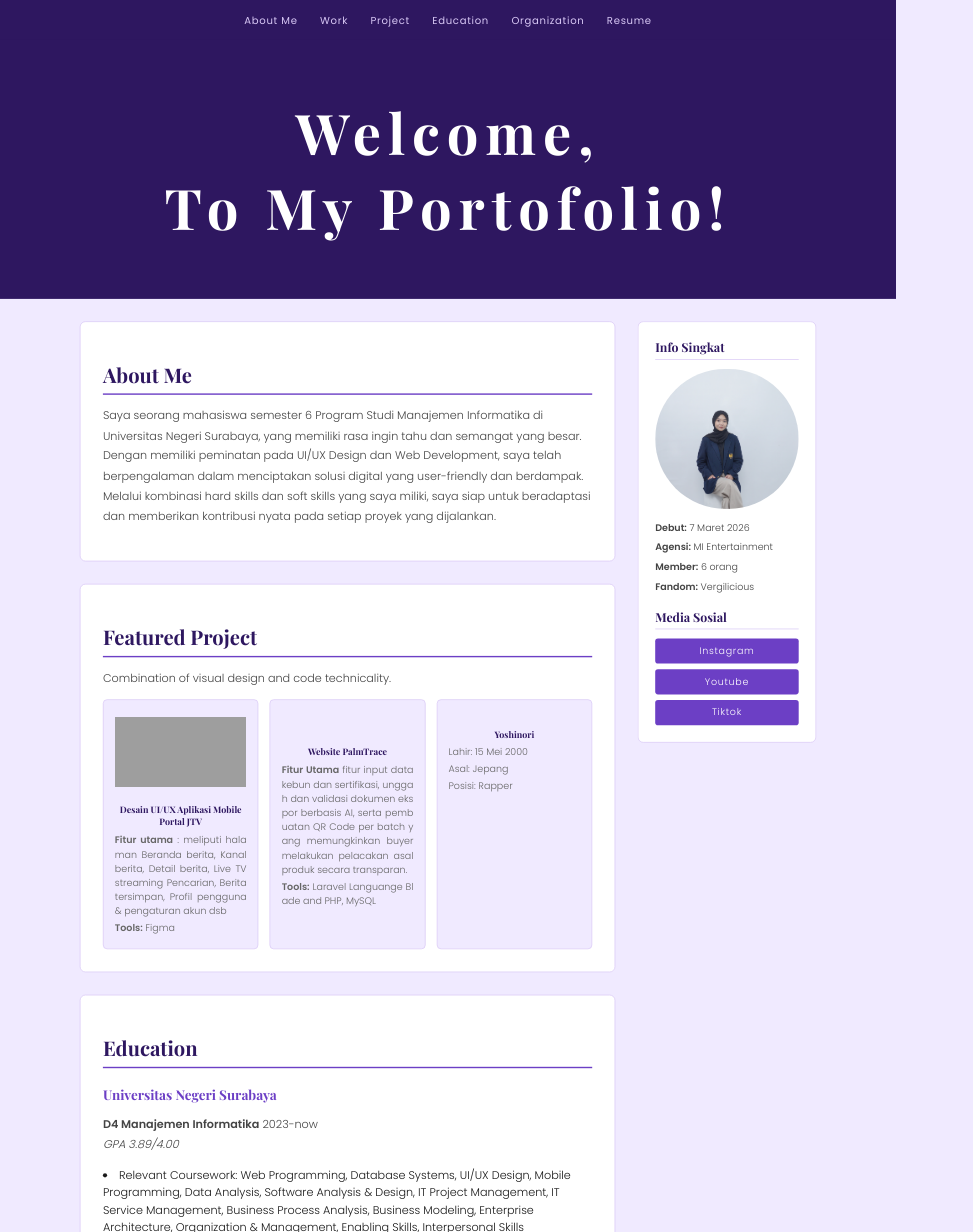
Repository: VergiMutiaRahmasyani/Website-Portofolio
Page: index.html
The author's editor kept a copy of each file at every save. The page is drawn from the files as they stood at one save, then again after the next save.
The browser window is 1280 px wide. The page is 1280 px wide, then 1390 px, so the pictures cover 1390 px, including what lies to the right of the window. The pictures show the part of the page from y = 0 to 1760 px (the page is 2745 px tall before and 3369 px after), at 70% of full size.
Pictures or frames that could not be fetched are drawn as grey boxes.

Above is the page before, as saved 2026-03-07 14:12:55.

### index.html
<!DOCTYPE html>
<html>
    <head>
        <meta charset="utf-8" />
        <meta name="viewport" content="width=device-width, initial-scale=1.0" />
        <title>Portofolio Vergi</title>

        <!-- My Own CSS -->
        <link rel="stylesheet" href="css/style.css" />

        <!-- Google Fonts -->
        <link rel="preconnect" href="https://fonts.googleapis.com">
        <link rel="preconnect" href="https://fonts.gstatic.com" crossorigin>
        <link href="https://fonts.googleapis.com/css2?family=Playfair+Display:wght@400;700&family=Poppins:wght@300;400;600&display=swap" rel="stylesheet">
    </head>

    <body>

        <!-- HEADER -->
        <header class="site-header">

            <!-- NAVBAR -->
            <div class="navbar">
                <nav class="nav-list">
                    <ul>
                        <li><a href="#About">About Me</a></li>
                        <li><a href="#Work">Work</a></li>
                        <li><a href="Project">Project</a></li>
                        <li><a href="#Education">Education</a></li>
                        <li><a href="Organization">Organization</a></li>
                        <li><a href="https://drive.google.com/file/d/13-ep7ykiG-k7d2KfzBZSPx55XoqW1qHe/view?usp=sharing" target="_blank"> Resume</a></li>
                    </ul>
                </nav>
            </div>

            <div class="hero">
                <div class="hero-overlay">
                    <h1>Welcome, <br> To My Portofolio!</h1>
                </div>
            </div>

        </header>

        <!-- MAIN -->
        <main>
            <div class="content-wrapper">
                <div id="content">
                    <article id="About">
                        <h2>About Me</h2>
                        <p>
                            Saya seorang mahasiswa semester 6 Program Studi Manajemen Informatika di Universitas Negeri Surabaya, yang memiliki rasa
                            ingin tahu dan semangat yang besar. Dengan memiliki peminatan pada UI/UX Design dan Web Development,
                            saya telah berpengalaman dalam menciptakan solusi digital yang user-friendly dan berdampak. Melalui
                            kombinasi hard skills dan soft skills yang saya miliki, saya siap untuk beradaptasi dan memberikan kontribusi
                            nyata pada setiap proyek yang dijalankan.
                        </p>
                    </article>

                    <article id="Project">
                        <h2>Featured Project</h2>
                        <p>
                            Combination of visual design and code technicality.
                        </p>

                        <div class="project-list">
                            <div class="project-card">
                                <img src="D:\STUPEN\celerates\SUBMISSION\Web Portofolio\img\portaljtv.png" alt="Portal JTV" class="project-img" />
                                <h3>Desain UI/UX Aplikasi Mobile Portal JTV</h3>
                                <p><strong>Fitur utama</strong> : meliputi halaman Beranda berita, Kanal berita, Detail berita, Live TV streaming
                                    Pencarian, Berita tersimpan, Profil pengguna & pengaturan akun dsb</p>
                                <p><strong>Tools:</strong> Figma</p>
                            </div>
                            <div class="project-card">
                                <img src = "">
                                <h3>Website PalmTrace</h3>
                                <p><strong>Fitur Utama</strong>  fitur input data kebun dan sertifikasi, unggah dan validasi dokumen ekspor berbasis
                                    AI, serta pembuatan QR Code per batch yang memungkinkan buyer melakukan pelacakan asal
                                    produk secara transparan.</p>
                                <p><strong>Tools:</strong>  Laravel Languange Blade and PHP, MySQL</p>
                            </div>
                            <div class="project-card">
                                <h3>Yoshinori</h3>
                                <p>Lahir: 15 Mei 2000</p>
                                <p>Asal: Jepang</p>
                                <p>Posisi: Rapper</p>
                            </div>
                        </div>
                    </article>

                    <article >
                        <h2>Education</h2>
                        <h3>Universitas Negeri Surabaya</h3>
                        <p>
                            <strong>D4 Manajemen Informatika</strong>  2023-now
                            <br><em>GPA 3.89/4.00</em>
                            <br>
                        </p>
                        <p>
                            <li> Relevant Coursework: Web Programming, Database Systems, UI/UX Design, Mobile Programming, Data
                                Analysis, Software Analysis & Design, IT Project Management, IT Service Management, Business Process
                                Analysis, Business Modeling, Enterprise Architecture, Organization & Management, Enabling Skills,
                                Interpersonal Skills</li>
                            <li> of journal submission: “Reimagining Geometry through Matheor: A Classroom-Based Study on Digital
                                Engagement and Student Motivation”. (Focus on educational technology, interactive learning, and user
                                engagement through digital applications)</li>
                        </p>
                    </article>

                    <article id="pengalaman">
                        <h2>Experience</h2>
                        <p>
                            Sejak debut, TREASURE telah merilis berbagai album dan single yang sukses di tangga lagu Korea maupun internasional.
                        </p>

                        <h3> Organization </h3>
                        <ul class="pengalaman-list">
                            <li>
                                <strong>HIMAFORTIC Himpunan Mahasiswa Prodi Manajemen Informatika</strong> — Februari 2022
                                <br><em>Kepala Departemen Agama dan Sosial</em>
                                <br>Bertanggung jawab sebagai steering commitee di dalam program kerja dengan menjadi pengarah,
                                pengawas, dan penasihat  pada seluruh sie/peran.
                            </li>
                            <li>
                                <strong>THE SECOND STEP: CHAPTER TWO</strong> — September 2022
                                <br>Lagu Utama: <em>HELLO</em>
                            </li>


                        <h3>Volunteer</h3>
                        <ul class="pengalaman-list">
                            <li>
                                <strong>The First Step: Treasure Effect</strong> — Desember 2020
                                <br>Lagu Utama: <em>MY TREASURE</em>
                            </li>
                    </article>

                </div>

                <!-- ASIDE -->
                <aside>
                    <div class="aside-inner">
                        <h3>Info Singkat</h3>
                        <img src="img/vergi photo.jpeg" alt="Foto Vergi" class="aside-img" />
                        <ul class="aside-info">
                            <li><strong>Debut:</strong> 7 Maret 2026</li>
                            <li><strong>Agensi:</strong> MI Entertainment</li>
                            <li><strong>Member:</strong> 6 orang</li>
                            <li><strong>Fandom:</strong> Vergilicious</li>
                        </ul>

                        <h3>Media Sosial</h3>
                        <ul class="aside-social">
                            <li><a href="https://www.instagram.com/yg_treasure_official/" target="_blank">Instagram</a></li>
                            <li><a href="https://www.youtube.com/@TREASURE" target="_blank">Youtube</a></li>
                            <li><a href="https://tiktok.com/@yg_treasure_tiktok" target="_blank">Tiktok</a></li>
                        </ul>
                    </div>
                </aside>
            </div>

        </main>

        <!-- FOOTER -->
        <footer>
            <p>Website Profil TREASURE &copy;2026 </p>
        </footer>

    </body>
</html>

### css/style.css
*,
*::before,
*::after {
    box-sizing: border-box;
}

/* =====================
   PALET WARNA UNGU
   --ungu-gelap   : #2e1760  (navbar, footer)
   --ungu-utama   : #6c3fc5  (aksen utama)
   --ungu-sedang  : #9b6ee0  (hover, border)
   --ungu-muda    : #d8c8f5  (border ringan)
   --ungu-pucat   : #f0eaff  (background halaman)
   ===================== */

body {
    font-family: 'Poppins', sans-serif;
    font-weight: 300;
    background-color: #f0eaff;
    color: #1a1a1a;
    margin: 0;
}


/* =====================
   HEADER
   ===================== */

header.site-header {
    background-color: #2e1760;
    color: white;
}

/* NAVBAR */
header.site-header .navbar {
    padding: 1rem 2rem;
    position: fixed;
    top: 0;
    left: 0;
    right: 0;
    width: 100%;
    z-index: 999;
    background-color: #2e1760;
}

header.site-header .nav-list ul {
    list-style: none;
    padding: 0;
    margin: 0;

    display: flex;
    justify-content: center;
    gap: 2rem;
}

header.site-header .nav-list li a {
    text-decoration: none;
    color: #d8c8f5;
    font-size: 0.9rem;
    font-weight: 400;
    letter-spacing: 1px;
    transition: color 0.2s ease;
}

header.site-header .nav-list li a:hover {
    color: white;
}

/* HERO */
header.site-header .hero {
    position: relative;
    width: 100%;
    height: 370px;
    overflow: hidden;
    margin-top: 57px;
}

header.site-header .hero .hero-overlay {
    position: absolute;
    inset: 0;
    display: flex;
    align-items: center;
    justify-content: center;
}

header.site-header .hero .hero-overlay h1 {
    font-family: 'Playfair Display', serif;
    font-size: 5rem;
    letter-spacing: 10px;
    color: white;
    margin: 0;
    text-align: center;
}


/* =====================
   MAIN & LAYOUT
   ===================== */

main {
    max-width: 1100px;
    margin-inline: auto;
    padding: 2rem 1.5rem;
}

.content-wrapper {
    display: flex;
    gap: 2rem;
    align-items: flex-start;
}

#content {
    flex: 3;

    display: flex;
    flex-direction: column;
    gap: 2rem;
}


/* =====================
   ARTICLE
   ===================== */

article {
    background-color: white;
    border: 1px solid #d8c8f5;
    border-radius: 8px;
    padding: 2rem;
}

article h2 {
    font-family: 'Playfair Display', serif;
    font-size: 1.8rem;
    margin-bottom: 1rem;
    padding-bottom: 0.5rem;
    border-bottom: 2px solid #6c3fc5;
    color: #2e1760;
}

article h3 {
    font-family: 'Playfair Display', serif;
    font-size: 1.2rem;
    margin-top: 1.5rem;
    margin-bottom: 0.5rem;
    color: #6c3fc5;
}

article p {
    line-height: 1.8;
    margin-bottom: 1rem;
    color: #444;
}


/* =====================
   TABEL INFO
   ===================== */

.info-table {
    width: 100%;
    border-collapse: collapse;
    margin-top: 1.5rem;
}

.info-table th,
.info-table td {
    padding: 0.6rem 1rem;
    text-align: left;
    border-bottom: 1px solid #d8c8f5;
    font-size: 0.95rem;
}

.info-table th {
    width: 35%;
    font-weight: 600;
    color: #2e1760;
    background-color: #f0eaff;
}

.info-table td {
    color: #444;
}


/* =====================
   PROJECT CARDS
   ===================== */

.project-list {
    display: flex;
    flex-wrap: wrap;
    gap: 1rem;
    margin-top: 0.5rem;
}

.project-card {
    flex: 1 1 160px;
    background-color: #f0eaff;
    border: 1px solid #d8c8f5;
    border-radius: 6px;
    padding: 1rem;
}

.project-img {
    width: 100%;
    max-width: 250px;
    height: 100px;
    object-fit:cover;
    object-position: top;
    display: block;
    margin: 0.5rem auto 1rem auto;
    border-radius: 0px;
}

.project-card h3 {
    font-size: 0.8rem;
    margin-top: 0.5;
    margin-bottom: 0.5rem;
    text-align: center;
    color: #2e1760;
}

.project-card p {
    font-size: 0.85rem;
    color: #666;
    margin: 0.2rem 0;
    line-height: 1.5;
    text-align: justify;
    text-justify: inter-word;
    word-break: break-all;
}


/* =====================
   ALBUM LIST
   ===================== */

.pengalaman-list {
    list-style: none;
    padding: 0;
    margin: 0.5rem 0 1rem 0;

    display: flex;
    flex-direction: column;
    gap: 0.6rem;
}

.pengalaman-list li {
    padding: 0.7rem 1rem;
    background-color: #f0eaff;
    border-left: 3px solid #6c3fc5;
    border-radius: 0 4px 4px 0;
    font-size: 0.9rem;
    color: #444;
    line-height: 1.6;
}


/* =====================
   ASIDE
   ===================== */

aside {
    flex: 1;
    position: sticky;
    top: 80px;
}

aside .aside-inner {
    background-color: white;
    border: 1px solid #d8c8f5;
    border-radius: 8px;
    padding: 1.5rem;
}

aside h3 {
    font-family: 'Playfair Display', serif;
    font-size: 1.1rem;
    margin-top: 1.2rem;
    margin-bottom: 0.8rem;
    padding-bottom: 0.4rem;
    border-bottom: 1px solid #d8c8f5;
    color: #2e1760;
}

aside h3:first-child {
    margin-top: 0;
}

.aside-img {
    width: 100%;
    max-width: 250px;
    height: 200px;
    object-fit: cover;
    object-position: center;
    display: block;
    margin: 0.5rem auto 1rem auto;
    border-radius: 100px;
}

.aside-info {
    list-style: none;
    padding: 0;
    margin: 0;

    display: flex;
    flex-direction: column;
    gap: 0.4rem;
}

.aside-info li {
    font-size: 0.85rem;
    color: #444;
    line-height: 1.6;
}

.aside-social {
    list-style: none;
    padding: 0;
    margin: 0;

    display: flex;
    flex-direction: column;
    gap: 0.5rem;
}

.aside-social li a {
    display: block;
    text-align: center;
    padding: 0.5rem;
    background-color: #6c3fc5;
    color: white;
    text-decoration: none;
    border-radius: 4px;
    font-size: 0.85rem;
    letter-spacing: 1px;
    transition: background-color 0.2s ease;
}

.aside-social li a:hover {
    background-color: #9b6ee0;
}


/* =====================
   FOOTER
   ===================== */

footer {
    background-color: #2e1760;
    color: #d8c8f5;
    text-align: center;
    padding: 1.5rem;
    margin-top: 3rem;
    font-size: 0.85rem;
    letter-spacing: 1px;
}


/* =====================
   RESPONSIVE
   ===================== */

@media screen and (max-width: 768px) {
    header.site-header .nav-list ul {
        flex-wrap: wrap;
        justify-content: center;
        gap: 0.8rem;
    }

    .content-wrapper {
        flex-direction: column;
    }

    aside {
        position: static;
        width: 100%;
    }

    .project-card {
        flex: 1 1 130px;
    }
}

After the next save:
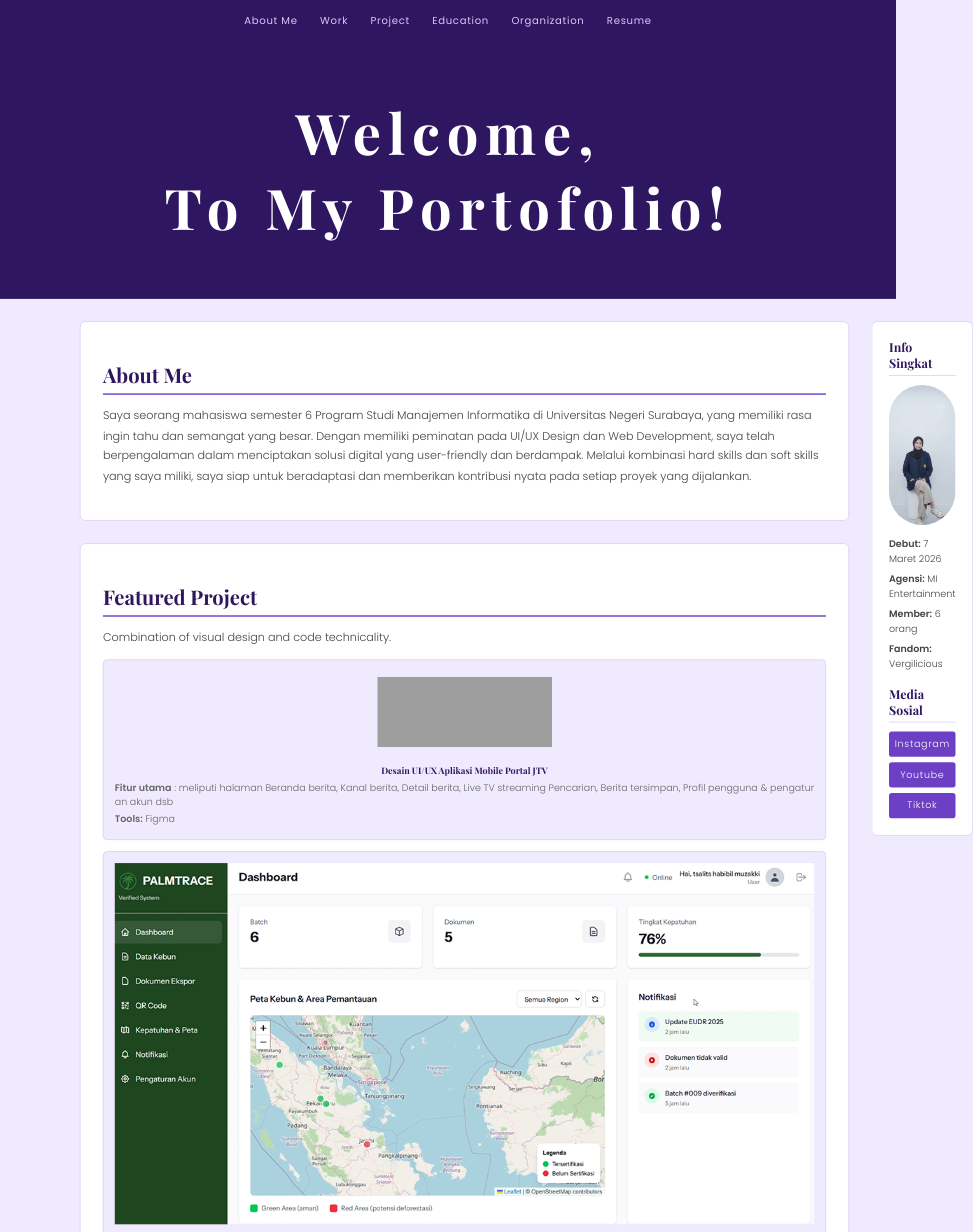
Saved 3 min 18 s later.
--- a/index.html
+++ b/index.html
@@ -71,7 +71,7 @@
                                 <p><strong>Tools:</strong> Figma</p>
                             </div>
                             <div class="project-card">
-                                <img src = "">
+                                <img src = "img/palmtrace website.png">
                                 <h3>Website PalmTrace</h3>
                                 <p><strong>Fitur Utama</strong>  fitur input data kebun dan sertifikasi, unggah dan validasi dokumen ekspor berbasis
                                     AI, serta pembuatan QR Code per batch yang memungkinkan buyer melakukan pelacakan asal
